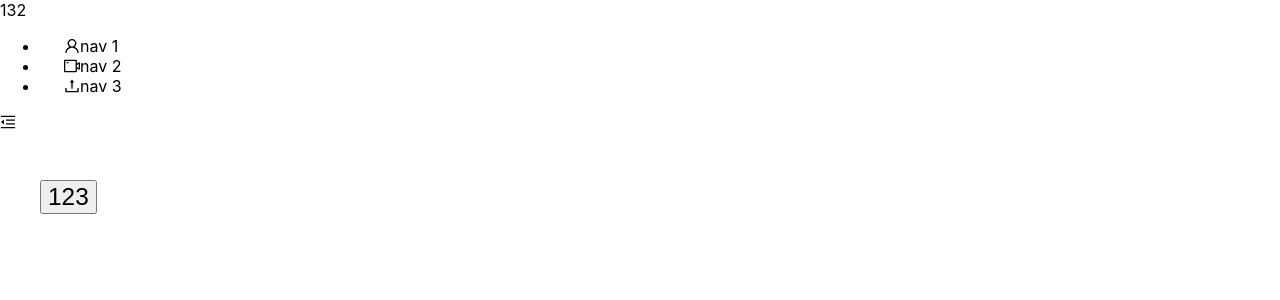
Repository: KouSum/km-vite-react
Page: /repos
The author's editor kept a copy of each file at every save. The page is drawn from the files as they stood at one save, then again after the next save.
The browser window is 1280 px wide. The pictures show the whole page.
The project was rebuilt for these pictures with package versions that can differ from the ones it lists, and the page was loaded fresh each time. Also part of the build but not shown: vite.config.ts.

Above is the page before, as saved 2021-03-06 21:23:48.

### src/main.tsx
import React from 'react'
import ReactDOM from 'react-dom'
import './index.css'
import App from './App'
ReactDOM.render(
  <React.StrictMode>
    132
    <App/>
  </React.StrictMode>,
  document.getElementById('root')
)

### src/App.tsx
import React, { useState, PropsWithChildren, FC } from 'react'
import {
  Router,
  Route
} from "react-router";
import { Layout, Menu } from 'antd';
import {
  MenuUnfoldOutlined,
  MenuFoldOutlined,
  UserOutlined,
  VideoCameraOutlined,
  UploadOutlined,
} from '@ant-design/icons';
import Repos from './components/Repos'
import './App.css'
import { createBrowserHistory } from "history";

const { Header, Sider, Content } = Layout;
const customHistory = createBrowserHistory();




const App: FC = (props) => {
  const [state, setState] = useState({
    collapsed: false,
  });

  const toggle = () => {
    setState({
      collapsed: !state.collapsed,
    });
  };


  return (
    <div>
      <Layout>
        <Sider trigger={null} collapsible collapsed={state.collapsed}>
          <div className="logo" />
          <Menu theme="dark" mode="inline" defaultSelectedKeys={['1']}>
            <Menu.Item key="1" icon={<UserOutlined />}>
              nav 1
            </Menu.Item>
            <Menu.Item key="2" icon={<VideoCameraOutlined />}>
              nav 2
            </Menu.Item>
            <Menu.Item key="3" icon={<UploadOutlined />}>
              nav 3
            </Menu.Item>
          </Menu>
        </Sider>
        <Layout className="site-layout">
          <Header className="site-layout-background" style={{ padding: 0 }}>
            {React.createElement(state.collapsed ? MenuUnfoldOutlined : MenuFoldOutlined, {
              className: 'trigger',
              onClick: toggle,
            })}
          </Header>
          <Content
            className="site-layout-background"
            style={{
              margin: '24px 16px',
              padding: 24,
              minHeight: 280,
            }}
          >
          <Router history={customHistory}>
            <Route path="/" component={App}>
              <Route path="/repos" component={Repos} />
            </Route>
          </Router>
          </Content>
        </Layout>
      </Layout>

    </div>
  );

}

export default App

### src/components/Repos.tsx
import React, { useState,PropsWithChildren, FC } from 'react'
import {
  BrowserRouter as Router,
  Switch,
  Route,
  Link
} from "react-router-dom";
import {
  Button
} from "antd";




const App: FC = (props)=>{
  return (
    <div>
      <Button>123</Button>
    </div>
  );

}

export default App

Loaded but not shown: index.html (common file); src/index.css (common file); src/App.css (common file)

After the next save:
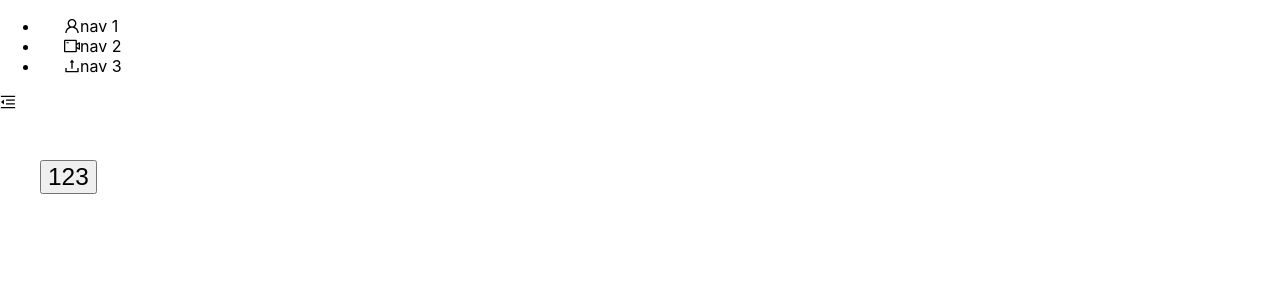
Saved 6 s later.
--- a/src/main.tsx
+++ b/src/main.tsx
@@ -4,7 +4,6 @@ import './index.css'
 import App from './App'
 ReactDOM.render(
   <React.StrictMode>
-    132
     <App/>
   </React.StrictMode>,
   document.getElementById('root')
